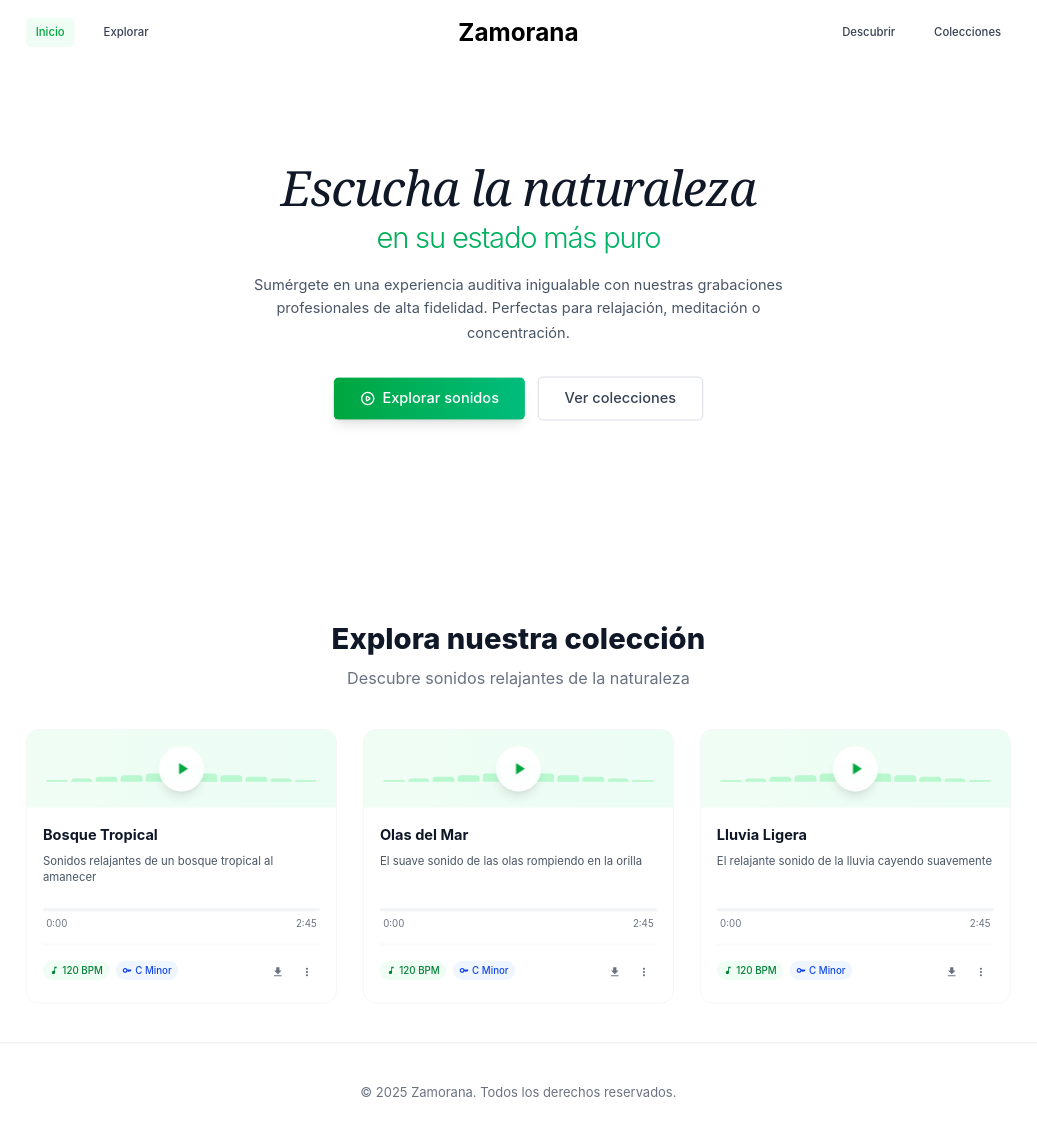
Repository: Alxre98/Zamorana
Page: /
An editor plug-in stored every save of this project. The page is shown before and after the next save, followed by the edit.
The browser window is 1280 px wide. The pictures show the whole page, at 81% of full size.
The project was rebuilt for these pictures with package versions that can differ from the ones it lists, and the page was loaded fresh each time. The framework's server and built-in components were replaced by stand-ins that run in the browser. Also part of the build but not shown: next.config.ts, src/components/molecules/Navigation/index.tsx.

Above is the page before, as saved 2025-06-13 08:57:50.

### src/app/layout.tsx
import type { Metadata } from "next";
import { Geist, Geist_Mono } from "next/font/google";
import "./globals.css";
import { DefaultTemplate } from "@/components/templates/DefaultTemplate";

const geistSans = Geist({
  variable: "--font-geist-sans",
  subsets: ["latin"],
});

const geistMono = Geist_Mono({
  variable: "--font-geist-mono",
  subsets: ["latin"],
});

export const metadata: Metadata = {
  title: "Zamorana - Sonidos de la Naturaleza",
  description: "Explora y descubre los sonidos más relajantes de la naturaleza",
};

export default function RootLayout({
  children,
}: Readonly<{
  children: React.ReactNode;
}>) {
  return (
    <html lang="es">
      <body
        className={`${geistSans.variable} ${geistMono.variable} antialiased`}
      >
        <DefaultTemplate>{children}</DefaultTemplate>
      </body>
    </html>
  );
}

### src/app/page.tsx
"use client";

import { Hero } from "@/components/organisms/Hero";
import { SoundGrid } from "@/components/organisms/SoundGrid";

// Mock data - replace with actual data from your API or CMS
const featuredSounds = [
  {
    id: "1",
    title: "Bosque Tropical",
    description: "Sonidos relajantes de un bosque tropical al amanecer",
    audioSrc: "/sounds/forest.mp3",
    // imageSrc: "/images/forest.jpg", // Uncomment when you have the image
  },
  {
    id: "2",
    title: "Olas del Mar",
    description: "El suave sonido de las olas rompiendo en la orilla",
    audioSrc: "/sounds/ocean.mp3",
    // imageSrc: "/images/ocean.jpg", // Uncomment when you have the image
  },
  {
    id: "3",
    title: "Lluvia Ligera",
    description: "El relajante sonido de la lluvia cayendo suavemente",
    audioSrc: "/sounds/rain.mp3",
    // imageSrc: "/images/rain.jpg", // Uncomment when you have the image
  },
];

export default function Home() {
  return (
    <main>
      <Hero />
      <SoundGrid sounds={featuredSounds} />
    </main>
  );
}

### src/app/globals.css
@import "tailwindcss";

:root {
  --background: #ffffff;
  --foreground: #171717;
}

@theme inline {
  --color-background: var(--background);
  --color-foreground: var(--foreground);
  --font-sans: var(--font-geist-sans);
  --font-mono: var(--font-geist-mono);
}

/* Blob animation */
@keyframes blob {
  0% {
    transform: translate(0px, 0px) scale(1);
  }
  33% {
    transform: translate(30px, -50px) scale(1.1);
  }
  66% {
    transform: translate(-20px, 20px) scale(0.9);
  }
  100% {
    transform: translate(0px, 0px) scale(1);
  }
}

.animate-blob {
  animation: blob 7s infinite;
}

.animation-delay-2000 {
  animation-delay: 2s;
}

.animation-delay-4000 {
  animation-delay: 4s;
}

/* Smooth scroll behavior */
html {
  scroll-behavior: smooth;
}

/* Custom scrollbar */
::-webkit-scrollbar {
  width: 8px;
  height: 8px;
}

::-webkit-scrollbar-track {
  background: #f1f1f1;
  border-radius: 4px;
}

::-webkit-scrollbar-thumb {
  background: #888;
  border-radius: 4px;
}

::-webkit-scrollbar-thumb:hover {
  background: #555;
}

@media (prefers-color-scheme: dark) {
  :root {
    --background: #0a0a0a;
    --foreground: #ededed;
  }

  ::-webkit-scrollbar-track {
    background: #1a1a1a;
  }

  ::-webkit-scrollbar-thumb {
    background: #444;
  }

  ::-webkit-scrollbar-thumb:hover {
    background: #666;
  }
}

body {
  background: var(--background);
  color: var(--foreground);
  font-family: "Inter", system-ui, -apple-system, BlinkMacSystemFont, "Segoe UI",
    Roboto, "Helvetica Neue", Arial, sans-serif;
  -webkit-font-smoothing: antialiased;
  -moz-osx-font-smoothing: grayscale;
}

### src/components/templates/DefaultTemplate/index.tsx
"use client";

import React, { ReactNode } from "react";
import Head from "next/head";
import { Header } from "../../organisms/Header";

interface DefaultTemplateProps {
  children: ReactNode;
  title?: string;
  description?: string;
}

export const DefaultTemplate: React.FC<DefaultTemplateProps> = ({
  children,
  title = "Zamorana - Sonidos de la Naturaleza",
  description = "Explora y descubre los sonidos más relajantes de la naturaleza",
}) => {
  return (
    <div className="min-h-screen flex flex-col">
      <Header />

      <main className="flex-grow">{children}</main>

      <footer className="bg-white border-t border-gray-200">
        <div className="max-w-7xl mx-auto py-12 px-4 overflow-hidden sm:px-6 lg:px-8">
          <p className="text-center text-base text-gray-500">
            &copy; {new Date().getFullYear()} Zamorana. Todos los derechos
            reservados.
          </p>
        </div>
      </footer>
    </div>
  );
};

### src/components/organisms/Hero/index.tsx
"use client";

import React from "react";
import { Button } from "../../atoms/Button";

export const Hero: React.FC = () => {
  return (
    <div className="relative min-h-screen flex flex-col items-center justify-center bg-white py-12">
      <div className="w-full max-w-5xl px-6 mx-auto text-center">
        <h1 className="mb-6 text-4xl font-light tracking-tight text-gray-900 sm:text-5xl md:text-6xl">
          <span className="block font-serif italic text-gray-900">
            Escucha la naturaleza
          </span>
          <span className="mt-3 text-3xl font-light text-transparent bg-clip-text bg-gradient-to-r from-green-600 to-emerald-500 sm:text-4xl block">
            en su estado más puro
          </span>
        </h1>

        <p className="max-w-2xl mx-auto mb-10 text-lg leading-relaxed text-gray-600">
          Sumérgete en una experiencia auditiva inigualable con nuestras
          grabaciones profesionales de alta fidelidad. Perfectas para
          relajación, meditación o concentración.
        </p>

        <div className="flex flex-col items-center justify-center space-y-4 sm:flex-row sm:space-y-0 sm:space-x-4">
          <Button
            variant="primary"
            size="lg"
            className="group relative px-8 py-3 overflow-hidden font-medium text-white bg-gradient-to-r from-green-600 to-emerald-500 hover:from-green-700 hover:to-emerald-600 transition-all duration-300 ease-out rounded-full shadow-lg hover:shadow-green-200"
          >
            <span className="absolute right-0 w-8 h-32 -mt-12 transition-all duration-1000 transform translate-x-12 bg-white opacity-10 rotate-12 group-hover:-translate-x-40 ease"></span>
            <span className="relative flex items-center">
              <svg
                className="w-5 h-5 mr-2"
                fill="none"
                stroke="currentColor"
                viewBox="0 0 24 24"
                xmlns="http://www.w3.org/2000/svg"
              >
                <path
                  strokeLinecap="round"
                  strokeLinejoin="round"
                  strokeWidth="2"
                  d="M14.752 11.168l-3.197-2.132A1 1 0 0010 9.87v4.263a1 1 0 001.555.832l3.197-2.132a1 1 0 000-1.664z"
                ></path>
                <path
                  strokeLinecap="round"
                  strokeLinejoin="round"
                  strokeWidth="2"
                  d="M21 12a9 9 0 11-18 0 9 9 0 0118 0z"
                ></path>
              </svg>
              Explorar sonidos
            </span>
          </Button>

          <Button
            variant="outline"
            size="lg"
            className="px-8 py-3 font-medium transition-all duration-300 border border-gray-300 rounded-full hover:bg-gray-50 hover:border-green-600 hover:text-green-700 focus:outline-none focus:ring-2 focus:ring-offset-2 focus:ring-green-500"
          >
            Ver colecciones
          </Button>
        </div>
      </div>
    </div>
  );
};

// Add these styles to your global CSS
/*
@keyframes blob {
  0% {
    transform: translate(0px, 0px) scale(1);
  }
  33% {
    transform: translate(30px, -50px) scale(1.1);
  }
  66% {
    transform: translate(-20px, 20px) scale(0.9);
  }
  100% {
    transform: translate(0px, 0px) scale(1);
  }
}
.animate-blob {
  animation: blob 7s infinite;
}
.animation-delay-2000 {
  animation-delay: 2s;
}
.animation-delay-4000 {
  animation-delay: 4s;
}
*/

### src/components/organisms/SoundGrid/index.tsx
"use client";

import React from "react";
import { AudioCard } from "../../molecules";

interface SoundItem {
  id: string;
  title: string;
  description: string;
  audioSrc: string;
  imageSrc?: string;
}

interface SoundGridProps {
  sounds: SoundItem[];
  title?: string;
  description?: string;
}

export const SoundGrid: React.FC<SoundGridProps> = ({
  sounds,
  title = "Explora nuestra colección",
  description = "Descubre sonidos relajantes de la naturaleza",
}) => {
  if (!sounds || sounds.length === 0) {
    return (
      <div className="text-center py-12">
        <p className="text-gray-500">
          No hay sonidos disponibles en este momento.
        </p>
      </div>
    );
  }

  return (
    <div className="bg-white py-12">
      <div className="max-w-7xl mx-auto px-4 sm:px-6 lg:px-8">
        <div className="text-center">
          <h2 className="text-3xl font-extrabold text-gray-900 sm:text-4xl">
            {title}
          </h2>
          <p className="mt-3 max-w-2xl mx-auto text-xl text-gray-500 sm:mt-4">
            {description}
          </p>
        </div>

        <div className="mt-12 grid gap-8 md:grid-cols-2 lg:grid-cols-3">
          {sounds.map((sound) => (
            <AudioCard
              key={sound.id}
              title={sound.title}
              description={sound.description}
              audioSrc={sound.audioSrc}
              imageSrc={sound.imageSrc}
              className="h-full"
            />
          ))}
        </div>
      </div>
    </div>
  );
};

### src/components/organisms/Header/index.tsx
"use client";

import React, { useState, useCallback } from "react";
import Link from "next/link";
import { usePathname } from "next/navigation";
import Icon from "../../atoms/Icon";

interface NavItem {
  name: string;
  href: string;
}

export const Header: React.FC = () => {
  const pathname = usePathname();
  const [isMenuOpen, setIsMenuOpen] = useState(false);

  const leftNavItems: NavItem[] = [
    { name: "Inicio", href: "/" },
    { name: "Explorar", href: "/explore" },
  ];

  const rightNavItems: NavItem[] = [
    { name: "Descubrir", href: "/discover" },
    { name: "Colecciones", href: "/collections" },
  ];

  const handleLinkClick = useCallback(() => {
    setIsMenuOpen(false);
  }, []);

  const isActive = (href: string) => pathname === href;

  // Handle mobile link clicks
  const handleMobileLinkClick = useCallback(() => {
    setIsMenuOpen(false);
  }, []);

  // Render a navigation link
  const renderNavLink = (item: NavItem, isMobile = false) => (
    <Link
      key={item.name}
      href={item.href}
      className={`${
        isMobile ? "block px-3 py-2 rounded-md text-base" : "text-sm px-3 py-2"
      } font-medium transition-colors rounded-md ${
        isActive(item.href)
          ? "text-green-600 " + (isMobile ? "bg-green-50" : "bg-green-50")
          : "text-gray-700 hover:text-green-600" +
            (isMobile ? " hover:bg-gray-50" : "")
      }`}
      onClick={isMobile ? handleMobileLinkClick : undefined}
      aria-current={isActive(item.href) ? "page" : undefined}
    >
      {item.name}
    </Link>
  );

  return (
    <header className="fixed w-full z-50 bg-white/80 backdrop-blur-sm">
      <div className="max-w-7xl mx-auto px-4 sm:px-6 lg:px-8">
        <div className="flex justify-between items-center h-20">
          {/* Left Navigation */}
          <nav className="hidden md:flex items-center space-x-6">
            {leftNavItems.map((item) => renderNavLink(item))}
          </nav>

          {/* Centered Logo */}
          <div className="absolute left-1/2 transform -translate-x-1/2">
            <Link href="/" className="flex items-center">
              <span className="text-3xl font-bold text-black">Zamorana</span>
            </Link>
          </div>

          {/* Right Navigation */}
          <nav className="hidden md:flex items-center space-x-6">
            {rightNavItems.map((item) => renderNavLink(item))}
          </nav>

          {/* Mobile menu button and logo */}
          <div className="md:hidden flex items-center justify-between w-full">
            <button
              type="button"
              onClick={() => setIsMenuOpen(!isMenuOpen)}
              className="p-2 text-gray-700 hover:text-green-600 transition-colors rounded-md"
              aria-label={isMenuOpen ? "Cerrar menú" : "Abrir menú"}
              aria-expanded={isMenuOpen ? "true" : "false"}
            >
              {isMenuOpen ? (
                <Icon name="Close" className="w-6 h-6" />
              ) : (
                <Icon name="Menu" className="w-6 h-6" />
              )}
            </button>

            <Link
              href="/"
              className="absolute left-1/2 transform -translate-x-1/2"
            >
              <span className="text-3xl font-bold text-black">Zamorana</span>
            </Link>
          </div>
        </div>

        {/* Mobile menu */}
        {isMenuOpen && (
          <div className="md:hidden transition-all duration-300 ease-in-out">
            <div className="px-4 pt-2 pb-4 space-y-1 bg-white border-t border-gray-100">
              {/* Left Navigation - Mobile */}
              <div className="space-y-1">
                <h3 className="px-3 pt-3 text-xs font-semibold text-gray-500 uppercase tracking-wider">
                  Navegación
                </h3>
                {leftNavItems.map((item) => renderNavLink(item, true))}
              </div>

              {/* Right Navigation - Mobile */}
              <div className="space-y-1 pt-2 border-t border-gray-100">
                <h3 className="px-3 pt-2 text-xs font-semibold text-gray-500 uppercase tracking-wider">
                  Explora
                </h3>
                {rightNavItems.map((item) => renderNavLink(item, true))}
              </div>

              {/* Auth Button - Mobile */}
              <div className="pt-2 border-t border-gray-100">
                <Link
                  href="/login"
                  className="block w-full mt-2 px-4 py-2 text-base font-medium text-white text-center bg-gradient-to-r from-green-600 to-emerald-500 rounded-md hover:opacity-90 transition-colors"
                  onClick={handleLinkClick}
                  aria-label="Iniciar sesión"
                >
                  Iniciar sesión
                </Link>
              </div>
            </div>
          </div>
        )}
      </div>
    </header>
  );
};

### src/components/atoms/Button/index.tsx
import React from "react";

interface ButtonProps extends React.ButtonHTMLAttributes<HTMLButtonElement> {
  variant?: "primary" | "secondary" | "outline";
  size?: "sm" | "md" | "lg";
  children: React.ReactNode;
}

export const Button: React.FC<ButtonProps> = ({
  variant = "primary",
  size = "md",
  children,
  className = "",
  ...props
}) => {
  const baseStyles = "rounded-md font-medium transition-colors duration-200";
  const variantStyles = {
    primary: "bg-green-600 text-white hover:bg-green-700",
    secondary: "bg-gray-200 text-gray-900 hover:bg-gray-300",
    outline: "border border-gray-300 text-gray-700 hover:bg-gray-50",
  };
  const sizeStyles = {
    sm: "px-3 py-1.5 text-sm",
    md: "px-4 py-2 text-base",
    lg: "px-6 py-3 text-lg",
  };

  return (
    <button
      className={`${baseStyles} ${variantStyles[variant]} ${sizeStyles[size]} ${className}`}
      {...props}
    >
      {children}
    </button>
  );
};

### src/components/molecules/index.ts
// Molecule components
export * from './AudioCard';
export * from './Navigation';

### src/components/atoms/Icon/index.tsx
import React from "react";

type IconName =
  | "home"
  | "play"
  | "pause"
  | "volume"
  | "Play"
  | "Pause"
  | "Clock"
  | "MusicNote"
  | "Key"
  | "Heart"
  | "Download"
  | "DotsHorizontal"
  | "Menu"
  | "Close"
  | "ChevronDown"
  | "ChevronUp"
  | "User"
  | "Search"
  | "DotsVertical";

export interface IconProps extends Omit<React.SVGProps<SVGSVGElement>, "name"> {
  name: IconName;
  size?: number;
}

const Icon: React.FC<IconProps> = ({
  name,
  size = 24,
  className = "",
  ...props
}) => {
  // Map of icon names to their respective SVG paths
  const iconMap: Record<string, React.ReactNode> = {
    // Navigation
    home: <path d="M12 2L1 12h3v9h6v-6h4v6h6v-9h3L12 2z" />,

    // Playback
    play: <path d="M8 5v14l11-7z" />,
    pause: <path d="M6 19h4V5H6v14zm8-14v14h4V5h-4z" />,
    volume: (
      <path d="M3 9v6h4l5 5V4L7 9H3zm13.5 3c0-1.77-1.02-3.29-2.5-4.03v8.05c1.48-.73 2.5-2.25 2.5-4.02zM14 3.23v2.06c2.89.86 5 3.54 5 6.71s-2.11 5.85-5 6.71v2.06c4.01-.91 7-4.49 7-8.77s-2.99-7.86-7-8.77z" />
    ),

    // Audio controls
    Play: <path d="M8 5v14l11-7z" />,
    Pause: <path d="M6 19h4V5H6v14zm8-14v14h4V5h-4z" />,

    // UI Elements
    DotsVertical: (
      <path d="M12 8c1.1 0 2-.9 2-2s-.9-2-2-2-2 .9-2 2 .9 2 2 2zm0 2c-1.1 0-2 .9-2 2s.9 2 2 2 2-.9 2-2-.9-2-2-2zm0 6c-1.1 0-2 .9-2 2s.9 2 2 2 2-.9 2-2-.9-2-2-2z" />
    ),

    // Audio info
    Clock: (
      <path d="M11.99 2C6.47 2 2 6.48 2 12s4.47 10 9.99 10C17.52 22 22 17.52 22 12S17.52 2 11.99 2zM12 20c-4.42 0-8-3.58-8-8s3.58-8 8-8 8 3.58 8 8-3.58 8-8 8zm.5-13H11v6l5.25 3.15.75-1.23-4.5-2.67z" />
    ),
    MusicNote: (
      <path d="M12 3v10.55c-.59-.34-1.27-.55-2-.55-2.21 0-4 1.79-4 4s1.79 4 4 4 4-1.79 4-4V7h4V3h-6z" />
    ),
    Key: (
      <path d="M21 10h-8.35C11.83 7.67 9.61 6 7 6c-3.31 0-6 2.69-6 6s2.69 6 6 6c2.61 0 4.83-1.67 5.65-4H13l2 2 2-2 2 2 4-4.99L21 10zM7 15c-1.65 0-3-1.35-3-3s1.35-3 3-3 3 1.35 3 3-1.35 3-3 3z" />
    ),

    // Actions
    Heart: (
      <path d="M12 21.35l-1.45-1.32C5.4 15.36 2 12.28 2 8.5 2 5.42 4.42 3 7.5 3c1.74 0 3.41.81 4.5 2.09C13.09 3.81 14.76 3 16.5 3 19.58 3 22 5.42 22 8.5c0 3.78-3.4 6.86-8.55 11.54L12 21.35z" />
    ),
    Download: <path d="M19 9h-4V3H9v6H5l7 7 7-7zM5 18v2h14v-2H5z" />,
    DotsHorizontal: (
      <path d="M6 10c-1.1 0-2 .9-2 2s.9 2 2 2 2-.9 2-2-.9-2-2-2zm12 0c-1.1 0-2 .9-2 2s.9 2 2 2 2-.9 2-2-.9-2-2-2zm-6 0c-1.1 0-2 .9-2 2s.9 2 2 2 2-.9 2-2-.9-2-2-2z" />
    ),

    // UI
    Menu: <path d="M3 18h18v-2H3v2zm0-5h18v-2H3v2zm0-7v2h18V6H3z" />,
    Close: (
      <path d="M19 6.41L17.59 5 12 10.59 6.41 5 5 6.41 10.59 12 5 17.59 6.41 19 12 13.41 17.59 19 19 17.59 13.41 12 19 6.41z" />
    ),
    ChevronDown: (
      <path d="M7.41 8.59L12 13.17l4.59-4.58L18 10l-6 6-6-6 1.41-1.41z" />
    ),
    ChevronUp: (
      <path d="M7.41 15.41L12 10.83l4.59 4.58L18 14l-6-6-6 6 1.41 1.41z" />
    ),

    // Social
    User: (
      <path d="M12 12c2.21 0 4-1.79 4-4s-1.79-4-4-4-4 1.79-4 4 1.79 4 4 4zm0 2c-2.67 0-8 1.34-8 4v2h16v-2c0-2.66-5.33-4-8-4z" />
    ),
    Search: (
      <path d="M15.5 14h-.79l-.28-.27C15.41 12.59 16 11.11 16 9.5 16 5.91 13.09 3 9.5 3S3 5.91 3 9.5 5.91 16 9.5 16c1.61 0 3.09-.59 4.23-1.57l.27.28v.79l5 4.99L20.49 19l-4.99-5zm-6 0C7.01 14 5 11.99 5 9.5S7.01 5 9.5 5 14 7.01 14 9.5 11.99 14 9.5 14z" />
    ),
  };

  // Get the icon path from the map or use a default icon
  const iconPath = iconMap[name] || iconMap.home;

  return (
    <svg
      width={size}
      height={size}
      viewBox="0 0 24 24"
      fill="currentColor"
      className={`inline-block ${className}`}
      {...props}
    >
      {iconPath}
    </svg>
  );
};

export default Icon;

Loaded but not shown: src/components/molecules/AudioCard/index.tsx (243 lines, source omitted); src/components/molecules/AudioCard/AudioCard.module.css (328 lines, source omitted)

After the next save:
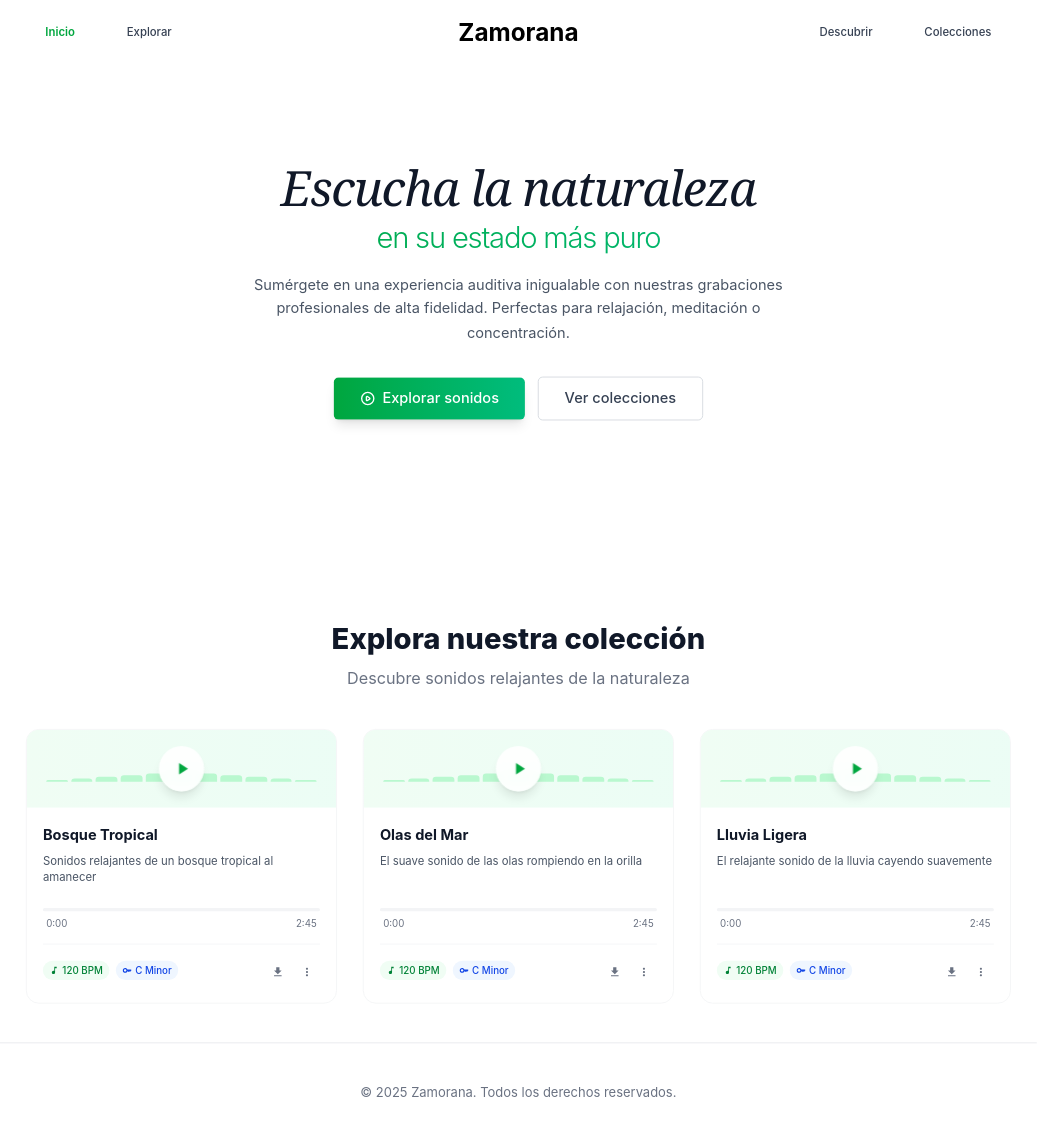
Saved 2 h 28 min later.
--- a/src/components/organisms/Header/index.tsx
+++ b/src/components/organisms/Header/index.tsx
@@ -41,13 +41,14 @@
       key={item.name}
       href={item.href}
       className={`${
-        isMobile ? "block px-3 py-2 rounded-md text-base" : "text-sm px-3 py-2"
-      } font-medium transition-colors rounded-md ${
+        isMobile
+          ? "block px-4 py-3 rounded-md text-base"
+          : "text-sm px-4 py-2.5"
+      } font-medium transition-colors ${
         isActive(item.href)
-          ? "text-green-600 " + (isMobile ? "bg-green-50" : "bg-green-50")
-          : "text-gray-700 hover:text-green-600" +
-            (isMobile ? " hover:bg-gray-50" : "")
-      }`}
+          ? "text-green-600 font-semibold"
+          : "text-gray-700 hover:text-green-600"
+      } ${isMobile ? "hover:bg-gray-50" : ""}`}
       onClick={isMobile ? handleMobileLinkClick : undefined}
       aria-current={isActive(item.href) ? "page" : undefined}
     >
@@ -57,10 +58,10 @@
 
   return (
     <header className="fixed w-full z-50 bg-white/80 backdrop-blur-sm">
-      <div className="max-w-7xl mx-auto px-4 sm:px-6 lg:px-8">
+      <div className="max-w-7xl mx-auto px-6 sm:px-8 lg:px-10">
         <div className="flex justify-between items-center h-20">
           {/* Left Navigation */}
-          <nav className="hidden md:flex items-center space-x-6">
+          <nav className="hidden md:flex items-center space-x-8">
             {leftNavItems.map((item) => renderNavLink(item))}
           </nav>
 
@@ -72,7 +73,7 @@
           </div>
 
           {/* Right Navigation */}
-          <nav className="hidden md:flex items-center space-x-6">
+          <nav className="hidden md:flex items-center space-x-8">
             {rightNavItems.map((item) => renderNavLink(item))}
           </nav>
 
@@ -104,18 +105,18 @@
         {/* Mobile menu */}
         {isMenuOpen && (
           <div className="md:hidden transition-all duration-300 ease-in-out">
-            <div className="px-4 pt-2 pb-4 space-y-1 bg-white border-t border-gray-100">
+            <div className="px-4 pt-2 pb-4 space-y-2 bg-white border-t border-gray-100">
               {/* Left Navigation - Mobile */}
               <div className="space-y-1">
-                <h3 className="px-3 pt-3 text-xs font-semibold text-gray-500 uppercase tracking-wider">
+                <h3 className="px-4 pt-3 pb-1 text-xs font-semibold text-gray-500 uppercase tracking-wider">
                   Navegación
                 </h3>
                 {leftNavItems.map((item) => renderNavLink(item, true))}
               </div>
 
               {/* Right Navigation - Mobile */}
-              <div className="space-y-1 pt-2 border-t border-gray-100">
-                <h3 className="px-3 pt-2 text-xs font-semibold text-gray-500 uppercase tracking-wider">
+              <div className="space-y-1 pt-3 border-t border-gray-100">
+                <h3 className="px-4 pt-2 pb-1 text-xs font-semibold text-gray-500 uppercase tracking-wider">
                   Explora
                 </h3>
                 {rightNavItems.map((item) => renderNavLink(item, true))}
